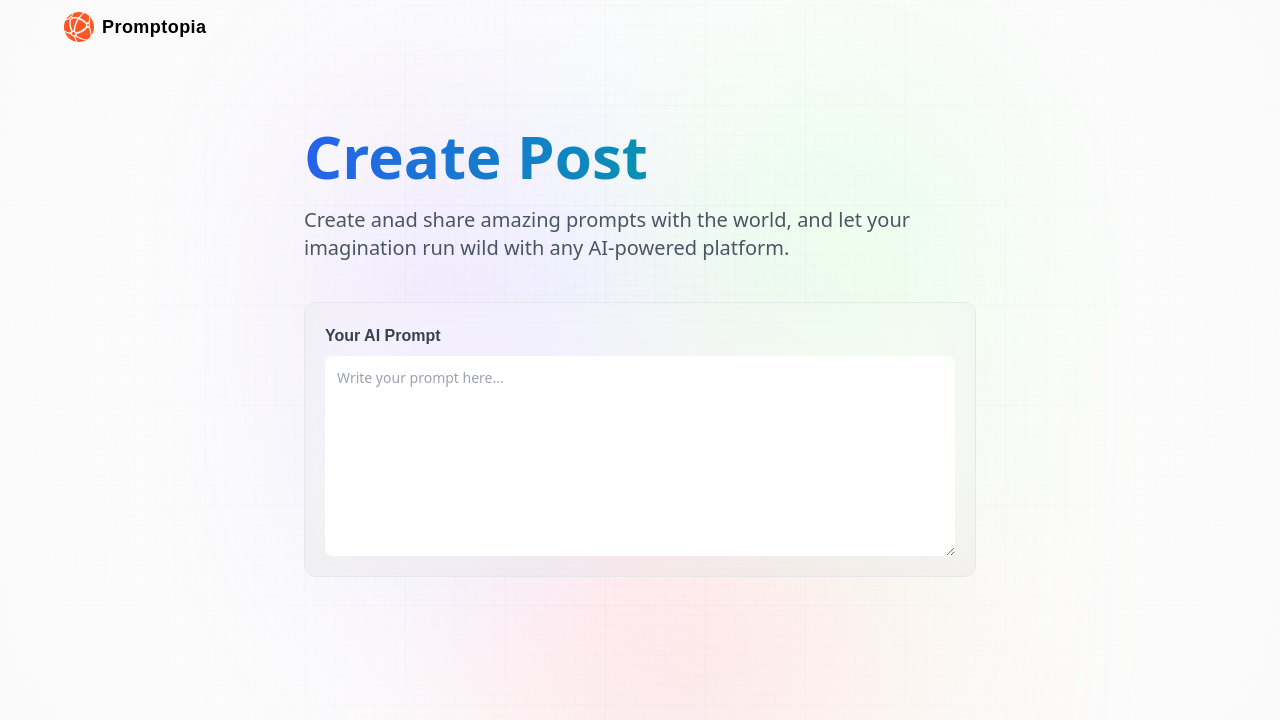
Repository: shraddesh123/promptAI
Page: /create-prompt
An editor plug-in stored every save of this project. The page is shown before and after the next save, followed by the edit.
The browser window is 1280 px wide. The pictures show the whole page.
The page's requests for data from a server got no answer. The project was rebuilt for these pictures with package versions that can differ from the ones it lists, and the page was loaded fresh each time. The framework's server and built-in components were replaced by stand-ins that run in the browser. No one was signed in, and anything a server would have sent is missing. Also part of the build but not shown: next.config.mjs.

Above is the page before, as saved 2024-08-02 18:39:34.

### app/layout.jsx

import "@styles/global.css";
import Nav from "@components/Nav";
import Provider from "@components/Provider";


export const metadata = {
    title: "Promptopia",
    description: "Discover & Share AI Prompts",
};
//we did not returning anything like other components
const RootLayout = ({ children }) => (
    <html lang='en'>
        <body>
            <Provider>
                <div className='main'>
                    <div className='gradient' />
                </div>
                <main className='app'>
                    <Nav />
                    {children}
                </main>
            </Provider>
        </body>
    </html>
);

export default RootLayout;

### app/create-prompt/page.jsx
"use client";
import { useState } from "react"
import { useSession } from "next-auth/react";
import { useRouter } from "next/router";

import Form from "@components/Form";


const CreatePrompt = () => {
    const [Submitting, setSubmitting] = useState(false);
    const [Post, setPost] = useState({
        prompt: '',
        tag: '',
    });
    const createPrompt = async (e) => {

    }
    return (
        <div>
            <Form
                type="Create"
                post={Post}
                setPost={setPost}
                Submitting={Submitting}
                handleSubmit={createPrompt}
            />
        </div>
    )
}

export default CreatePrompt

### styles/global.css
@import url("https://fonts.googleapis.com/css2?family=Inter:wght@100;200;300;400;500;600;700;800;900&display=swap");

@tailwind base;
@tailwind components;
@tailwind utilities;

/*
  Note: The styles for this gradient grid background is heavily inspired by the creator of this amazing site (https://dub.sh) – all credits go to them!
*/

.main {
  width: 100vw;
  min-height: 100vh;
  position: fixed;
  display: flex;
  justify-content: center;
  padding: 120px 24px 160px 24px;
  pointer-events: none;
}

.main:before {
  background: radial-gradient(circle, rgba(2, 0, 36, 0) 0, #fafafa 100%);
  position: absolute;
  content: "";
  z-index: 2;
  width: 100%;
  height: 100%;
  top: 0;
}

.main:after {
  content: "";
  background-image: url("/assets/images/grid.svg");
  z-index: 1;
  position: absolute;
  width: 100%;
  height: 100%;
  top: 0;
  opacity: 0.4;
  filter: invert(1);
}

.gradient {
  height: fit-content;
  z-index: 3;
  width: 100%;
  max-width: 640px;
  background-image: radial-gradient(
      at 27% 37%,
      hsla(215, 98%, 61%, 1) 0px,
      transparent 0%
    ),
    radial-gradient(at 97% 21%, hsla(125, 98%, 72%, 1) 0px, transparent 50%),
    radial-gradient(at 52% 99%, hsla(354, 98%, 61%, 1) 0px, transparent 50%),
    radial-gradient(at 10% 29%, hsla(256, 96%, 67%, 1) 0px, transparent 50%),
    radial-gradient(at 97% 96%, hsla(38, 60%, 74%, 1) 0px, transparent 50%),
    radial-gradient(at 33% 50%, hsla(222, 67%, 73%, 1) 0px, transparent 50%),
    radial-gradient(at 79% 53%, hsla(343, 68%, 79%, 1) 0px, transparent 50%);
  position: absolute;
  content: "";
  width: 100%;
  height: 100%;
  filter: blur(100px) saturate(150%);
  top: 80px;
  opacity: 0.15;
}

@media screen and (max-width: 640px) {
  .main {
    padding: 0;
  }
}

/* Tailwind Styles */

.app {
  @apply relative z-10 flex justify-center items-center flex-col max-w-7xl mx-auto sm:px-16 px-6;
}

.black_btn {
  @apply rounded-full border border-black bg-red-500 py-1.5 px-5 text-white transition-all hover:bg-white hover:text-black text-center text-sm font-inter flex items-center justify-center;
}

.outline_btn {
  @apply rounded-full border border-black bg-transparent py-1.5 px-5 text-black transition-all hover:bg-black hover:text-white text-center text-sm font-inter flex items-center justify-center;
}

.head_text {
  @apply mt-5 text-5xl font-extrabold leading-[1.15] text-black sm:text-6xl;
}

.orange_gradient {
  @apply bg-gradient-to-r from-amber-500 via-orange-600 to-yellow-500 bg-clip-text text-transparent;
}

.green_gradient {
  @apply bg-gradient-to-r from-green-400 to-green-500 bg-clip-text text-transparent;
}

.blue_gradient {
  @apply bg-gradient-to-r from-blue-600 to-cyan-600 bg-clip-text text-transparent;
}

.desc {
  @apply mt-5 text-lg text-gray-600 sm:text-xl max-w-2xl;
}

.search_input {
  @apply block w-full rounded-md border border-gray-200 bg-white py-2.5 font-satoshi pl-5 pr-12 text-sm shadow-lg font-medium focus:border-black focus:outline-none focus:ring-0;
}

.copy_btn {
  @apply w-7 h-7 rounded-full bg-white/10 shadow-[inset_10px_-50px_94px_0_rgb(199,199,199,0.2)] backdrop-blur flex justify-center items-center cursor-pointer;
}

.glassmorphism {
  @apply rounded-xl border border-gray-200 bg-white/20 shadow-[inset_10px_-50px_94px_0_rgb(199,199,199,0.2)] backdrop-blur p-5;
}

.prompt_layout {
  @apply space-y-6 py-8 sm:columns-2 sm:gap-6 xl:columns-3;
}

/* Feed Component */
.feed {
  @apply mt-16 mx-auto w-full max-w-xl flex justify-center items-center flex-col gap-2;
}

/* Form Component */
.form_textarea {
  @apply w-full flex rounded-lg h-[200px] mt-2 p-3 text-sm text-gray-500 outline-0;
}

.form_input {
  @apply w-full flex rounded-lg mt-2 p-3 text-sm text-gray-500 outline-0;
}

/* Nav Component */
.logo_text {
  @apply max-sm:hidden font-satoshi font-semibold text-lg text-black tracking-wide;
}

.dropdown {
  @apply absolute right-0 top-full mt-3 w-full p-5 rounded-lg bg-white min-w-[210px] flex flex-col gap-2 justify-end items-end;
}

.dropdown_link {
  @apply text-sm font-inter text-gray-700 hover:text-gray-500 font-medium;
}

/* PromptCard Component */
.prompt_card {
  @apply flex-1 break-inside-avoid rounded-lg border border-gray-300 bg-white/20 bg-clip-padding p-6 pb-4 backdrop-blur-lg backdrop-filter md:w-[360px] w-full h-fit;
}

.flex-center {
  @apply flex justify-center items-center;
}

.flex-start {
  @apply flex justify-start items-start;
}

.flex-end {
  @apply flex justify-end items-center;
}

.flex-between {
  @apply flex justify-between items-center;
}

### components/Nav.jsx
"use client";
import Link from "next/link"
import Image from "next/image"
import { useState, useEffect } from "react"
import { signIn, signOut, useSession, getProviders } from 'next-auth/react'


const Nav = () => {

    const { data: session } = useSession();
    const [providers, setProviders] = useState(null);
    const [toggleDropdown, setToggleDropdown] = useState(false);

    useEffect(() => {//functional component to fetch the available authentication providers from the next-auth library
        const setUpProviders = async () => {
            const res = await getProviders();//the getProviders function is called and the result is stored in the res variable.
            setProviders(res);
            // The setProviders function is then called with the res variable to update the providers state variable.
        }
        setUpProviders();
    }, []);


    return (
        <nav className="flex-between w-full mb-16 pt-3">
            <Link
                href="/"
                className="flex gap-2 flex-center">

                <Image
                    src="/assets/images/logo.svg"
                    width={30}
                    height={30}
                    className="object-contain"
                    alt="logo"
                />

                <p className="logo_text">Promptopia</p>

            </Link>
            {/*desktop navigation*/}
            <div className="sm:flex hidden">
                {session?.user ? (
                    <div className="flex gap-3 md:gap-5">
                        <Link
                            href="/create-prompt"
                            className="black_btn"
                        >
                            Create Post
                        </Link>
                        <button
                            type="button"
                            onClick={signOut}
                            className="outline_btn">
                            Sign Out
                        </button>
                        <Link href="/profile">
                            <Image
                                src={session?.user.image}
                                width={37}
                                height={37}
                                className="rounded-full"
                                alt="profile"
                            />
                        </Link>
                    </div>
                ) : (
                    <>
                        {providers &&
                            Object.values(providers).map((provider) => (
                                <button
                                    type='button'
                                    key={provider.name}
                                    onClick={() => {
                                        signIn(provider.id);
                                    }}
                                    className='black_btn'
                                >
                                    Sign In
                                </button>
                            ))}
                    </>
                )}
            </div>
            {/*mobile navigation*/}
            <div className="sm:hidden flex relative">
                {session?.user ? (
                    <div className="flex">
                        <Image
                            src={session?.user.image}
                            width={30}
                            height={30}
                            className="object-contain cursor-pointer"
                            alt="profile"
                            onClick={() => setToggleDropdown(!toggleDropdown)}//prev is a reference to the previous value of the toggleDropdown state variable.!prev expression is used to toggle the value of prev. If prev is true, !prev will be false, and vice versa.
                        />
                        {toggleDropdown && (
                            <div className="dropdown">
                                <Link
                                    href='/profile'
                                    className='dropdown_link'
                                    onClick={() => setToggleDropdown(false)}
                                >
                                    My Profile
                                </Link>
                                <Link
                                    href='/create-prompt'
                                    className='dropdown_link'
                                    onClick={() => setToggleDropdown(false)}
                                >
                                    Create Post
                                </Link>
                                <button
                                    type="button"
                                    onClick={() => {
                                        setToggleDropdown(false);
                                        signOut();
                                    }}
                                    className="mt-5 w-full black_btn"
                                >
                                    Sign Out
                                </button>
                            </div>
                        )}
                    </div>
                )
                    :
                    (
                        <>
                            {providers &&
                                Object.values(providers).map((provider) => (
                                    <button
                                        type='button'
                                        key={provider.name}
                                        onClick={() => {
                                            signIn(provider.id);
                                        }}
                                        className='black_btn'
                                    >
                                        Sign in
                                    </button>
                                ))}
                        </>
                    )}
            </div>
        </nav>
    )
}

export default Nav

### components/Provider.jsx
"use client";
import { SessionProvider } from 'next-auth/react'

const Provider = ({ children, session }) => {

  return (
    <SessionProvider session={session}>
      {children}
    </SessionProvider>
  )
}

export default Provider

### components/Form.jsx
import Link from "next/link"

const Form = ({ type, post, setPost, Submitting, handleSubmit }) => {
  return (
    <section className="w-full max-w-full flex-start flex-col">
      <h1 className="head_text text-left "> <span className="blue_gradient">{type} Post</span></h1>
      <p className="desc text-left max-w-md">
        {type} anad share amazing prompts with the world, and let your imagination run wild with any AI-powered platform.
      </p>
      <form
        onSubmit={handleSubmit}
        className="mt-10 w-full max-w-2xl flex flex-col gap-7 glassmorphism">
        <label>
          <span className="font-satoshi font-semibold text-base text-gray-700">Your AI Prompt</span>
          <textarea value={post.prompt} onChange={(e) => setPost({
            ...post,
            prompt: e.target.value
          })}
            placeholder="Write your prompt here..."
            className="form_textarea" />
        </label>
      </form>
    </section>
  )
}

export default Form

Loaded but not shown: tailwind.config.js (common file)

After the next save:
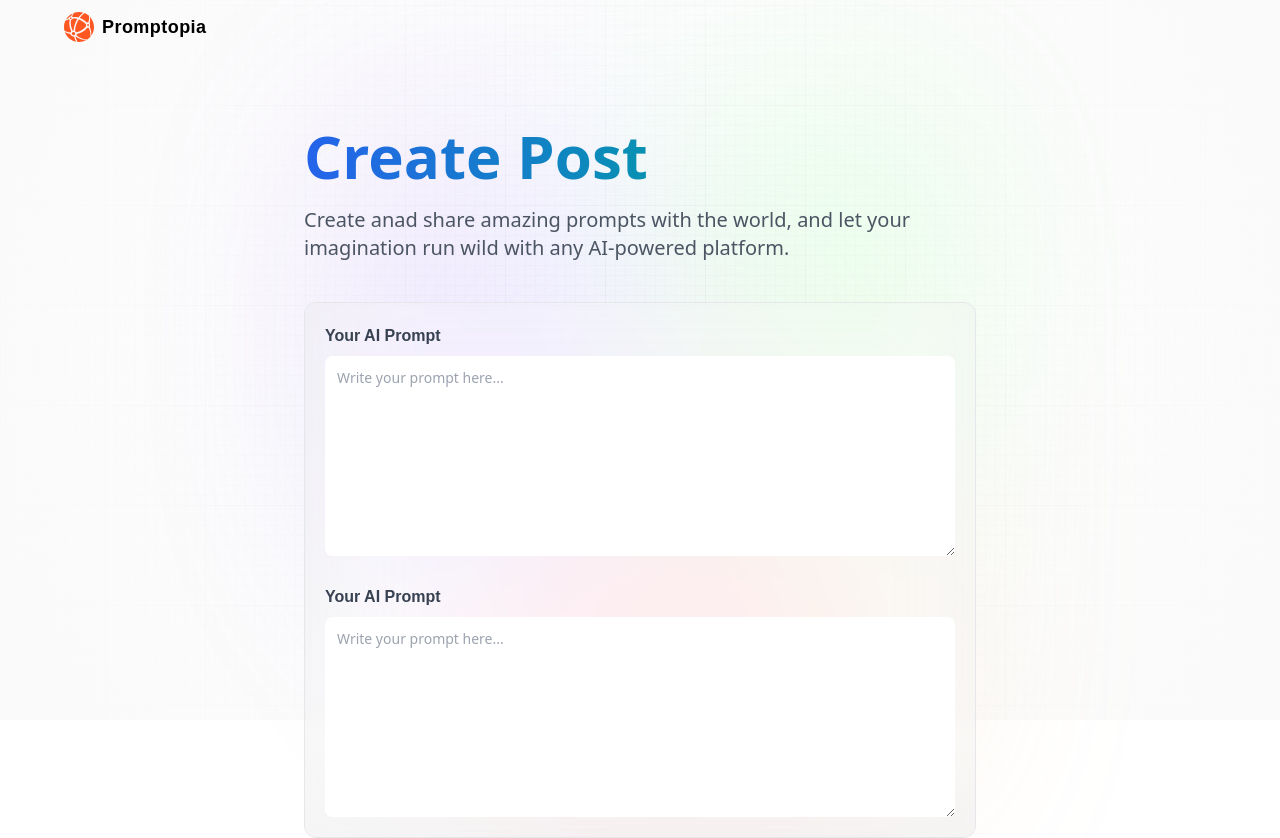
Saved 24 s later.
--- a/components/Form.jsx
+++ b/components/Form.jsx
@@ -19,6 +19,15 @@ const Form = ({ type, post, setPost, Submitting, handleSubmit }) => {
             placeholder="Write your prompt here..."
             className="form_textarea" />
         </label>
+        <label>
+          <span className="font-satoshi font-semibold text-base text-gray-700">Your AI Prompt</span>
+          <textarea value={post.prompt} onChange={(e) => setPost({
+            ...post,
+            prompt: e.target.value
+          })}
+            placeholder="Write your prompt here..."
+            className="form_textarea" />
+        </label>
       </form>
     </section>
   )
